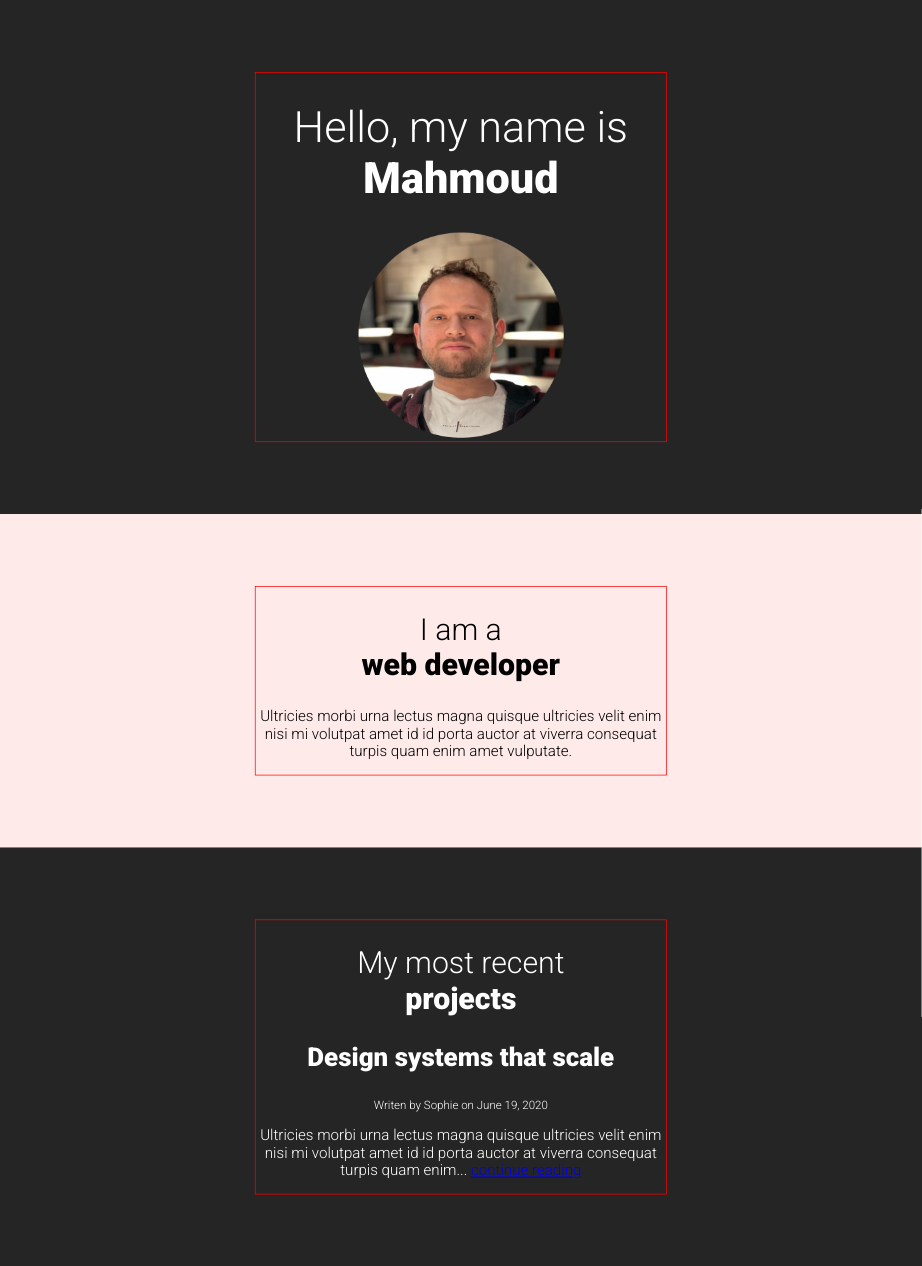
Repository: Doumham-Armah/portfolio
Page: index.html
The author's editor kept a copy of each file at every save. The page is drawn from the files as they stood at one save, then again after the next save.
The browser window is 1280 px wide. The pictures show the whole page, at 72% of full size.

Above is the page before, as saved 2021-08-17 13:26:14.

### index.html
<!DOCTYPE html>
<html>
  <head>
    <title>HTML & CSS Fundamentals | Challenges</title>
    <link rel="preconnect" href="https://fonts.googleapis.com" />
    <link rel="preconnect" href="https://fonts.gstatic.com" crossorigin />
    <link
      href="https://fonts.googleapis.com/css2?family=Roboto:wght@300;900&display=swap"
      rel="stylesheet"
    />
    <link href="./style.css" rel="stylesheet" />
  </head>

  <body>
    <header class="inverse">
      <div class="container">
        <h1>Hello, my name is <span>Mahmoud</span></h1>
        <img
          class="my-photo"
          src="./images/circle-image.png"
          alt="image of me"
        />
      </div>
    </header>

    <section class="about-me">
      <div class="container">
        <h2>I am a <span>web developer</span></h2>
        <p>
          Ultricies morbi urna lectus magna quisque ultricies velit enim nisi mi
          volutpat amet id id porta auctor at viverra consequat turpis quam enim
          amet vulputate.
        </p>
      </div>
    </section>

    <section class="projects inverse">
      <div class="container">
        <h2>My most recent <span>projects</span></h2>
        <article>
          <h3>Design systems that scale</h3>
          <p class="small-text">Writen by Sophie on June 19, 2020</p>
          <p>
            Ultricies morbi urna lectus magna quisque ultricies velit enim nisi
            mi volutpat amet id id porta auctor at viverra consequat turpis quam
            enim... <a href="#">continue reading</a>
          </p>
        </article>
      </div>
    </section>
  </body>
</html>

### style.css
body {
  margin: 0;
  font-size: 1.3125rem;
}

h1,
h2 {
  font-weight: 300;
}

h1 {
  font-size: 3.75rem;
}

h2 {
  font-size: 2.625rem;
}

h3 {
  font-size: 2.25rem;
}

h1 span,
h2 span {
  font-weight: 900;
  display: block;
}

header,
section {
  padding: 6.25rem 0;
}

.small-text {
  font-size: 16px;
}

.container {
  width: 570px;
  margin: 0 auto;
  border: 1px solid red;
  text-align: center;
  font-family: "Roboto", sans-serif;
}

.my-photo {
  max-width: 50%;
  height: auto;
}

.inverse {
  background-color: #252525;
  color: #fff;
}
.about-me {
  background-color: #ffeaea;
}

After the next save:
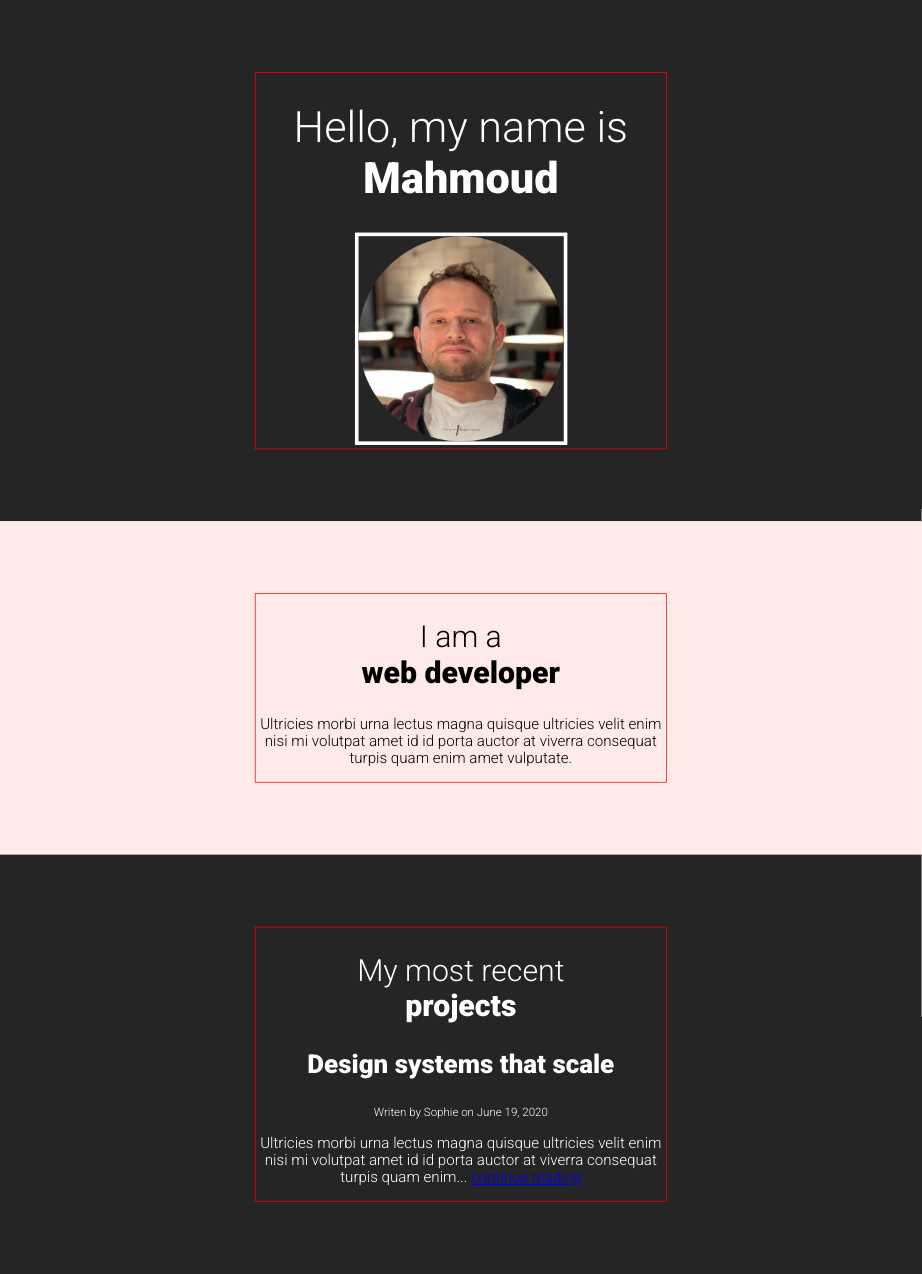
Saved 3 min 5 s later.
--- a/style.css
+++ b/style.css
@@ -46,6 +46,7 @@
 .my-photo {
   max-width: 50%;
   height: auto;
+  border: 5px solid white;
 }
 
 .inverse {

After the save that followed:
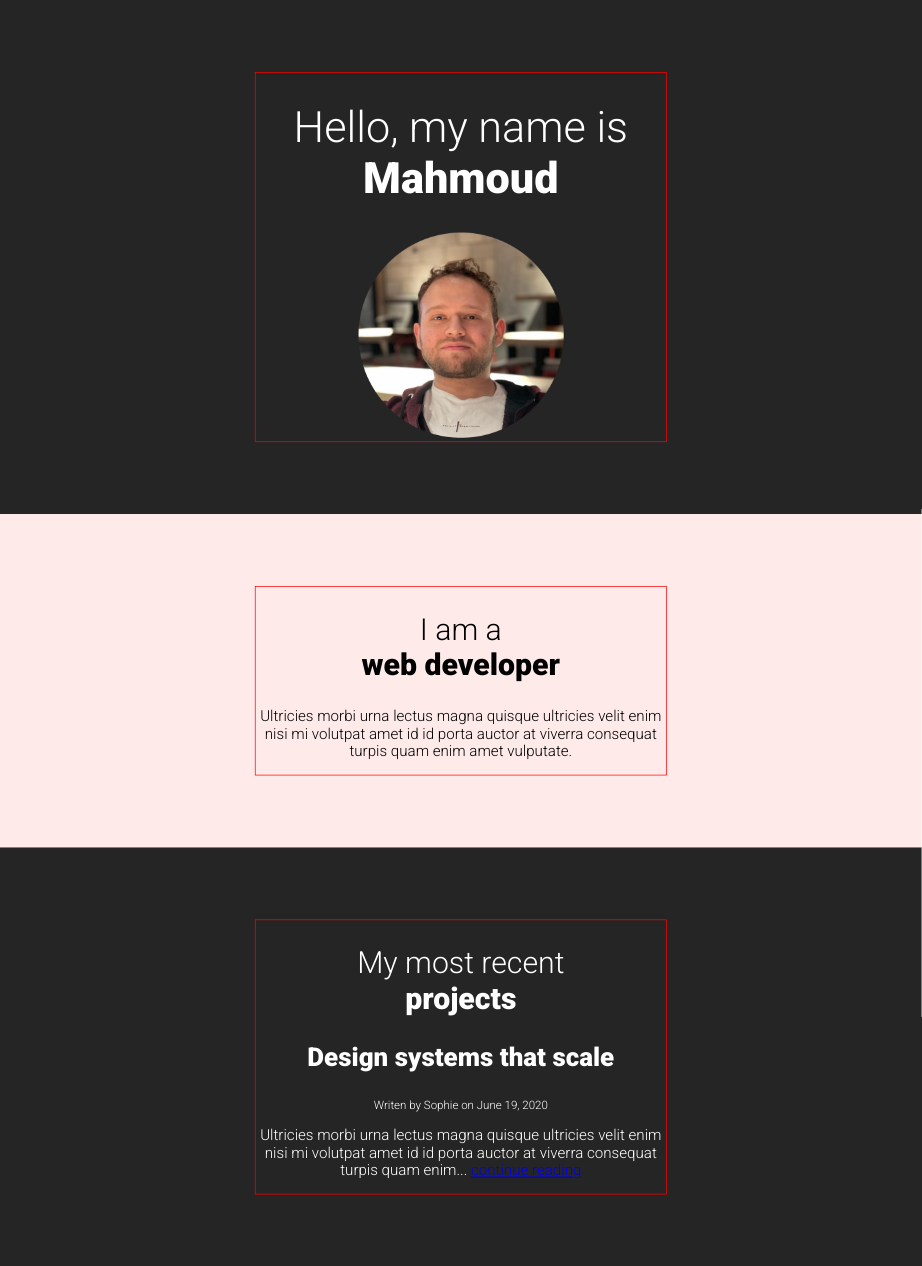
Saved 85 s later.
--- a/style.css
+++ b/style.css
@@ -46,7 +46,7 @@
 .my-photo {
   max-width: 50%;
   height: auto;
-  border: 5px solid white;
+  /* border: 5px solid white; */
 }
 
 .inverse {
